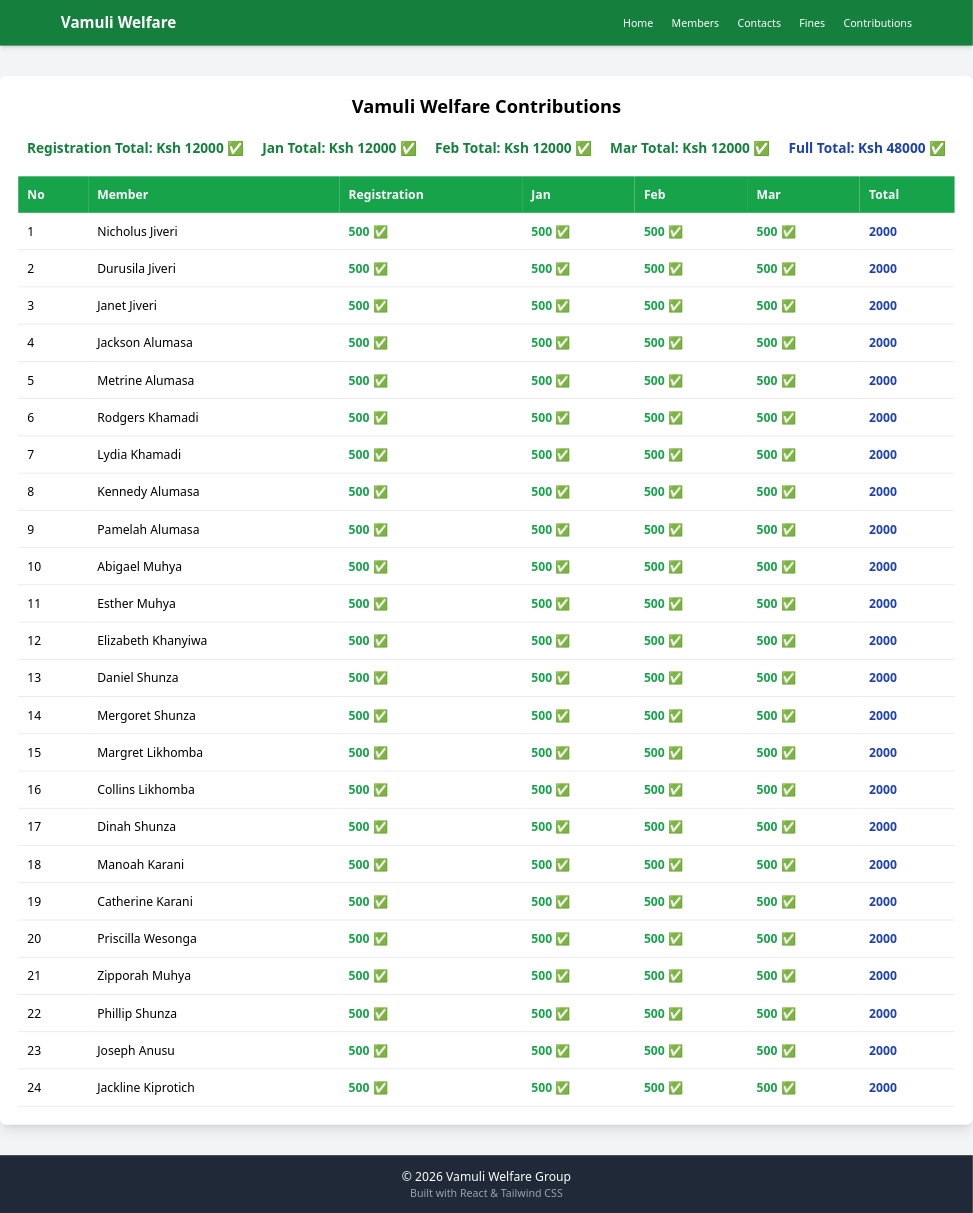
Repository: Engineer-collo/Vamuli-welfare
Page: /members
The author's editor kept a copy of each file at every save. The page is drawn from the files as they stood at one save, then again after a run of saves.
The browser window is 1280 px wide. The pictures show the whole page, at 76% of full size.
The project was rebuilt for these pictures with package versions that can differ from the ones it lists, and the page was loaded fresh each time. Also part of the build but not shown: vite.config.js, src/pages/Home.jsx.

Above is the page before, as saved 2026-03-16 10:38:12.

After the next 6 saves:
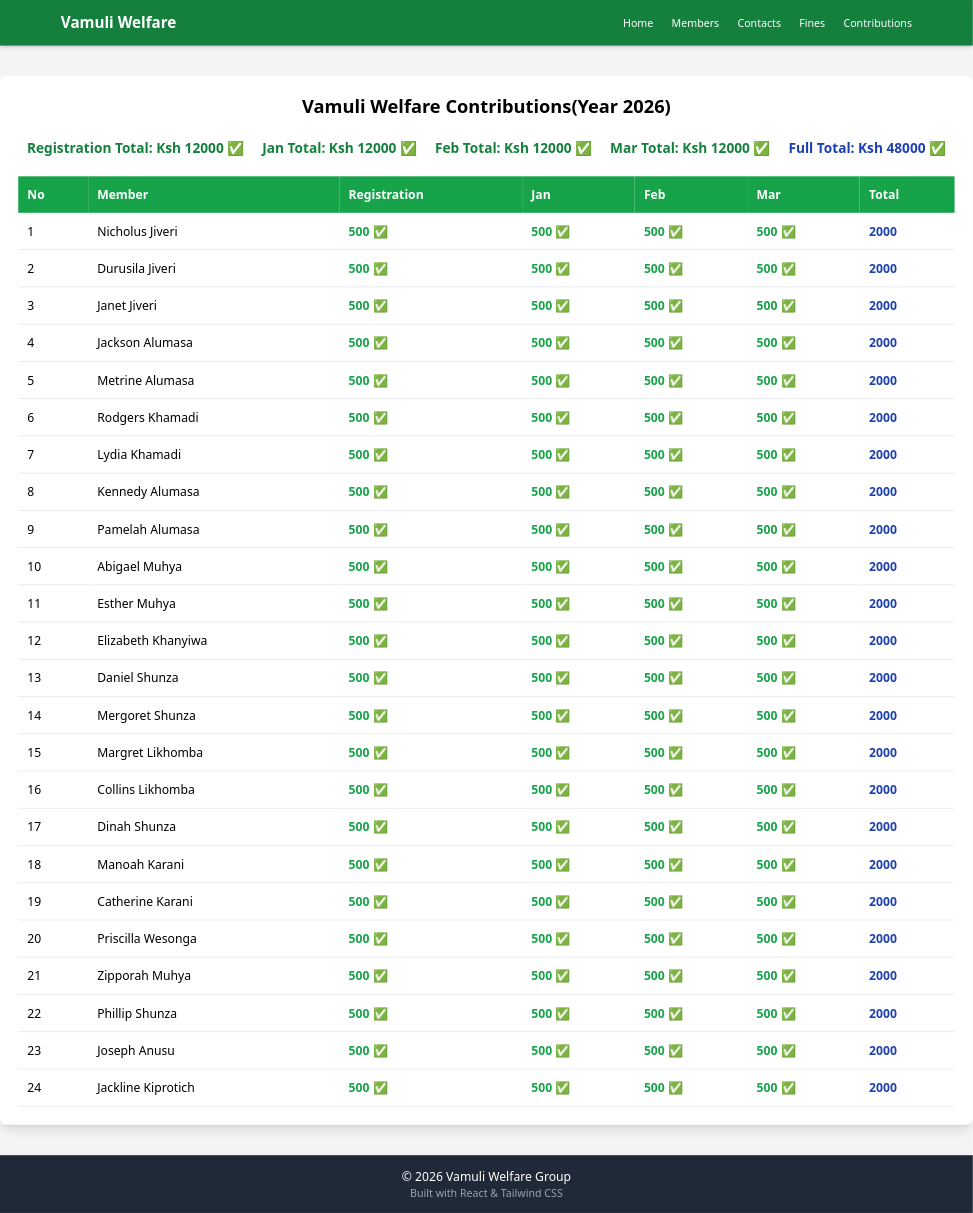
The 6 saves are shown as one change because they came seconds apart.
The last was saved 43 s later.
--- a/src/pages/Members.jsx
+++ b/src/pages/Members.jsx
@@ -49,7 +49,7 @@ const fullTotal = contributionsWithTotals.reduce((sum, c) => sum + c.total, 0);
 function ContributionsTable() {
   return (
     <div className="max-w-7xl mx-auto mt-10 bg-white shadow-lg rounded-lg p-6">
-      <h2 className="text-2xl font-bold mb-6 text-center">Vamuli Welfare Contributions</h2>
+      <h2 className="text-2xl font-bold mb-6 text-center">Vamuli Welfare Contributions(Year 2026)</h2>
 
       {/* Totals */}
       <div className="flex flex-wrap justify-center gap-6 mb-6 text-lg font-semibold">
